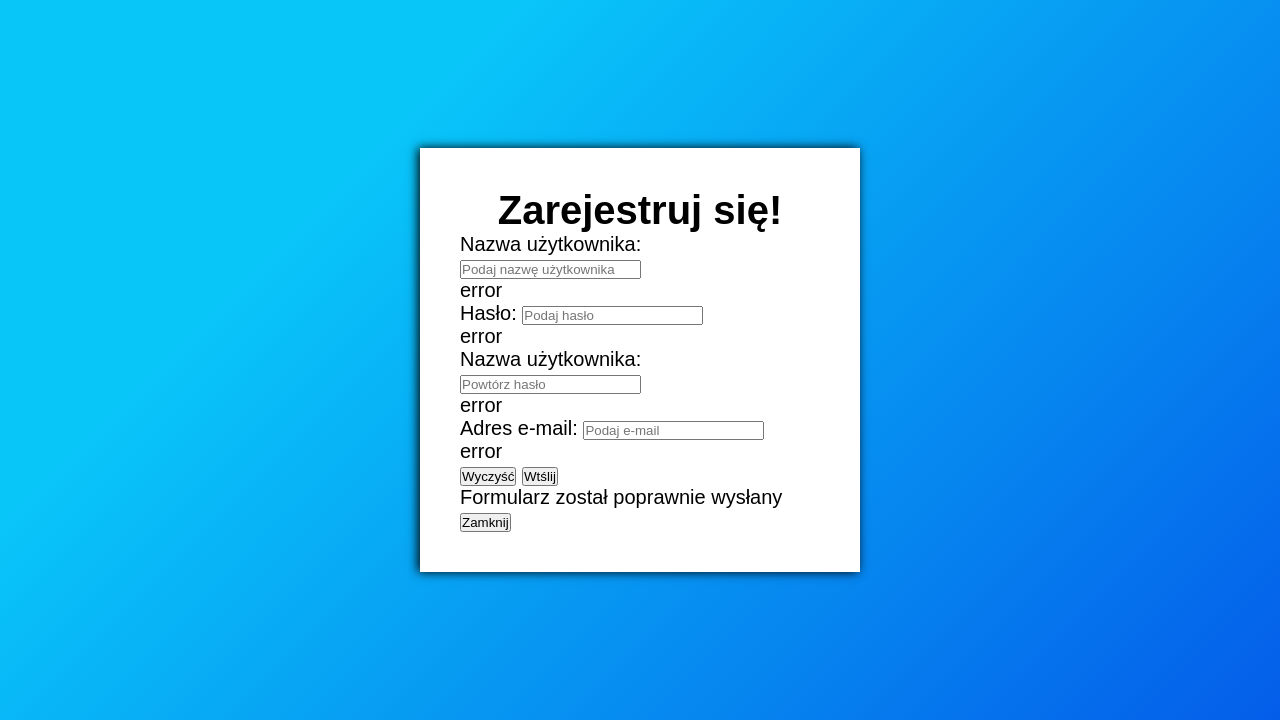
Repository: KrzysKolo/Projekt-3_Formularz-rejestracyjny
Page: index.html
An editor plug-in stored every save of this project. The page is shown before and after the next save, followed by the edit.
The browser window is 1280 px wide. The pictures show the whole page.
Some web fonts or font styles are not loaded; a fallback is used.

Above is the page before, as saved 2020-07-04 02:03:19.

After the next save:
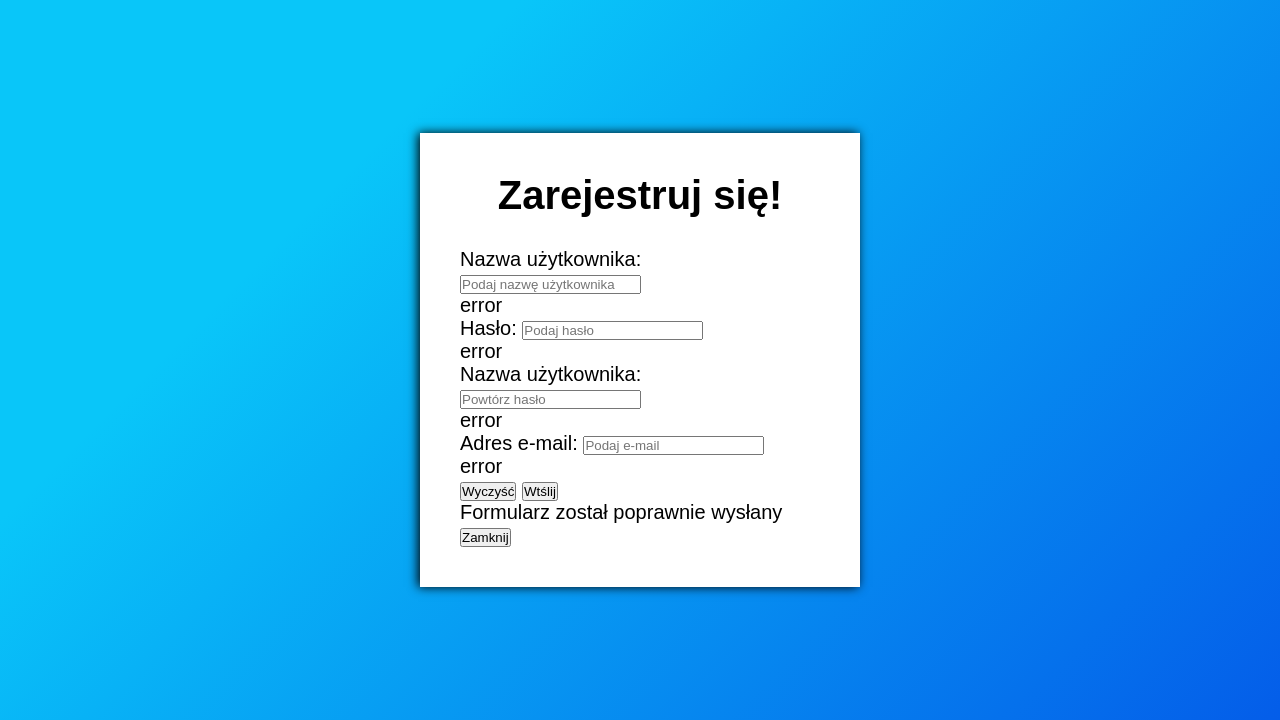
Saved 42 s later.
--- a/css/style.css
+++ b/css/style.css
@@ -21,6 +21,6 @@ body {
   font-size: 20px;
 }
 h1 {
-  text-align: 30px;
+  margin-bottom: 30px;
   text-align: center;
 }
